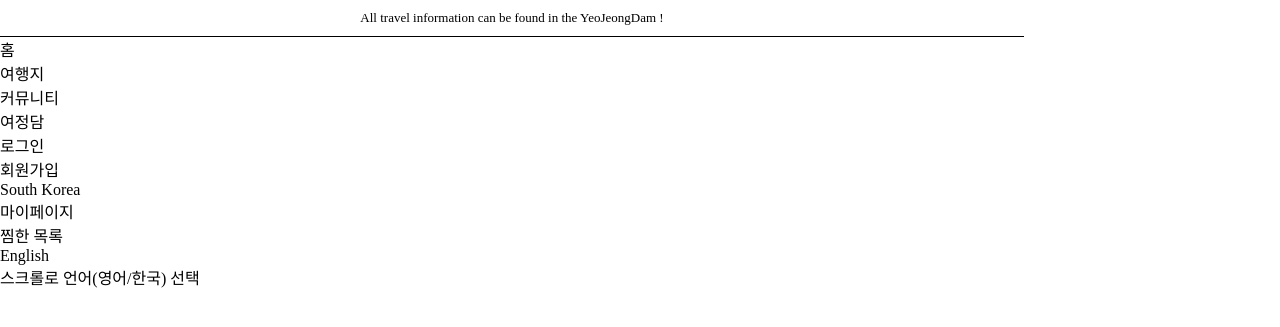
Repository: gaeunlee95/semi
Page: http://localhost/semi/main.jsp
The author's editor kept a copy of each file at every save. The page is drawn from the files as they stood at one save, then again after the next save.
The browser window is 1280 px wide. The pictures show the whole page.
The page is served by Tomcat 9.

Above is the page before, as saved 2023-12-06 08:08:26.

### semi/src/main/webapp/main.jsp
<%@ page language="java" contentType="text/html; charset=UTF-8"
    pageEncoding="UTF-8"%>
<!DOCTYPE html>
<html>
<head>
<meta charset="UTF-8">
<title>메인 페이지</title>
<link rel="stylesheet" href="resources/css/style.css">
<style>
/* *{
	color: blue;
} */
</style>
</head>
<body>
	<jsp:include page="header.jsp" />
</body>
</html>

### semi/src/main/webapp/header.jsp
<%@ page language="java" contentType="text/html; charset=UTF-8"
    pageEncoding="UTF-8"%>
<%@ taglib uri="http://java.sun.com/jsp/jstl/core" prefix="c" %>
<header>
	<div id="welcome">
		<p>All travel information can be found in the YeoJeongDam !</p>
	</div>
	<nav>
		<ul id="topMenu">
			<li>홈</li>
			<li>여행지</li>
			<li>커뮤니티</li>
			<li>여정담</li>
		</ul>
		<ul id="sideMenu">
			<li>로그인</li>
			<li>회원가입</li>
			<li>South Korea</li>
			<li>마이페이지</li>
			<li>찜한 목록</li>
			<li>English</li> 스크롤로 언어(영어/한국) 선택
		</ul>
	</nav>




  <%-- <nav>
  <c:choose>
    <c:when test="${empty sessionId}">
	    <ul id="topMenu">
	  	  <li><a href="/loginform.do">로그인</a></li>
	  	  <li><a href="/joinform.do">회원가입</a></li>
	  	  <li><a href="/boardlist.do">게시판</a></li>
	  	  <li><a href="/memberlist.do">회원목록</a></li>
	  	</ul>
    </c:when>
    <c:otherwise>
    	<ul id="topMenu">
	  	  <li><a href="/logout.do">(${sessionId}님)로그아웃</a></li>
	  	  <li><a href="/memberview.do?id=${sessionId}">나의 정보</a></li>
	  	  <li><a href="/boardlist.do">게시판</a></li>
	  	  <li><a href="/memberlist.do">회원 목록</a></li>
	  	</ul>
    </c:otherwise>
   </c:choose>
  </nav> --%>
</header>

### semi/src/main/webapp/resources/css/style.css
@charset "UTF-8";
/* 공통 스타일 */
*{margin: 0; padding: 0;}
#container{width: 1024px; margin: 30px auto 100px;}
ul li{list-style: none;}
a{text-decoration: none;}
/* header 스타일 */
header{
	margin: 0 auto;
}
header #welcome{
	width : 1024px;
	text-align: center;
	border-bottom: 1px solid black;
}
header #welcome p{
	padding: 10px 0;
	font-size: 13px;
}

/*
 header 스타일
header{height: 80px; background: #0077cc;}
header #logo{width: 250px; float: left; line-height: 80px;}
#logo h1 a{color: greenyellow; padding-left: 24px; font-style: italic;}
#logo h1 a:hover{color: #eee;}
header nav{width: 900px; float: right;}
#topMenu{line-height: 80px; padding-left: 150px;}
#topMenu li{float: left; margin: 0 20px;}
#topMenu li a{color: #eee; padding: 0 20px;}
#topMenu li a:hover{color: #444;}

 main 스타일
#main{width: 1000px; height: 600px; margin: 40px auto;}
#main h1{color: blue; font-style: italic; padding: 20px 60px;}
#main .main_img{margin: 16px 30px; float: left;}
#main .main_img img{border-radius: 5px;}
#main .newboard{margin: 20px;}
#main .newboard h3{margin: 20px;}
#main .newboard p{line-height: 2.5;}


 footer 스타일
footer{height: 80px; border-top: 2px solid #222; clear: both;}
#bottomMenu{margin: 10px 20px;}
#bottomMenu li{float: left; margin: 10px 0; padding: 0 10px;
	border-right: 1.5px solid #ccc;}
#bottomMenu li a{color: #444;}
#bottomMenu li:last-child{border: none;}

 회원 목록 스타일
#memberlist{width: 700px; margin: 20px auto;}
#memberlist .logout{text-align: right;}
#memberlist table{width: 700px; margin: 20px auto;}
#memberlist table, th, td{border: 1px solid #ccc;
  border-collapse: collapse; text-align: center;}
table th, td{padding: 10px;}
table thead{background: #eee;}
*/
/* 회원 가입 스타일 */
#join{width: 500px; margin: 20px auto;}
#join form{margin: 20px auto;}
form ul li{margin: 20px;}
form .button{margin-top: 16px;}
form .button button{padding: 5px;}
form label{width: 120px; float: left; padding-left: 20px;}
form input{padding: 5px;}

/* 회원 정보 스타일 */
#memberview{width: 460px; margin: 20px auto;}
#memberview table{width: 460px; margin: 20px auto;}
#memberview table, th, td{border: 1px solid #ccc;
  border-collapse: collapse; text-align: center;}
table th, td{padding: 10px;}
#memberview button{padding: 5px;}
/*
 login 스타일
#login {width: 400px; margin: 30px auto 100px;}
#login form{margin: 30px auto;}
#login form ul li{margin: 30px;}
#login .error{color: #e00; margin-top: 16px; font-size: 0.9em}
#login button{width: 100%; padding: 10px 0;}

 게시글 목록 스타일
#boardlist{width: 700px; margin: 20px auto;}
#boardlist table{width: 700px; margin: 20px auto;}
#boardlist table, th, td{border: 1px solid #ccc;
  border-collapse: collapse; text-align: center;}
table th, td{padding: 10px;}
table thead{background: #eee;}
#boardlist button{padding: 10px;}

 글쓰기 스타일
#writeform{width: 550px; margin: 20px auto;}
#writeform table{width: 550px; margin: 20px auto;}
#writeform table, th, td{border: 1px solid #ccc;
  border-collapse: collapse; text-align: center;}
table th, td{padding: 10px;}
table thead{background: #eee;}
#writeform input{width: 540px; height: 25px; padding: 5px;}
#writeform textarea{width: 540px; height: 300px; padding: 5px;}
#writeform button{padding: 5px;}

 글 상세보기 스타일
#board_view{width: 550px; margin: 20px auto;}
#board_view table{width: 550px; margin: 20px auto;}
#board_view table, th, td{border: 1px solid #ccc;
  border-collapse: collapse; text-align: center;}
table th, td{padding: 10px;}
table thead{background: #eee;}
#board_view input{width: 540px; height: 25px; padding: 5px;}
#board_view textarea{width: 540px; height: 300px; padding: 5px;}
#board_view button{padding: 5px;}

 댓글 영역 스타일
#board_view h3{
	margin-bottom: 12px;
	color: #444;
}
#board_view .reply{
	border-top: 1px dotted #ccc;
}
#board_view .reply p{
	margin: 10px 0;
	font-size: 0.9em;
	color: #444;
}

 댓글 내용 - 줄바꿈하기 : white-space:pre-line
#board_view .reply p:nth-of-type(1){
	white-space: pre-line; white-space (enter)하면 줄바꿈;
	line-height: 1.5;
}
#replyform textarea{
	height: 100px;
}
#replyform button{
	margin-top: 6px;
}
.replylogin{
	background-color: #eee;
	margin: 10px 0;
	padding: 16px;
	text-align: center;
	border-radius: 5px;
}
.replylogin a{
	color:blue;
}
.replylogin a:hover{
	text-decoration: underline;
}*/

After the next save:
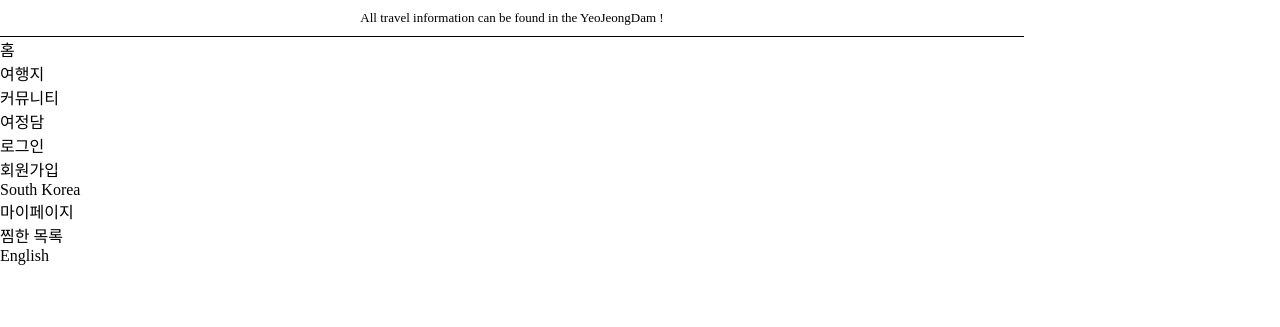
Saved 8 s later.
--- a/semi/src/main/webapp/header.jsp
+++ b/semi/src/main/webapp/header.jsp
@@ -18,7 +18,7 @@
 			<li>South Korea</li>
 			<li>마이페이지</li>
 			<li>찜한 목록</li>
-			<li>English</li> 스크롤로 언어(영어/한국) 선택
+			<li>English</li> <!-- 스크롤로 언어(영어/한국) 선택 -->
 		</ul>
 	</nav>
 
